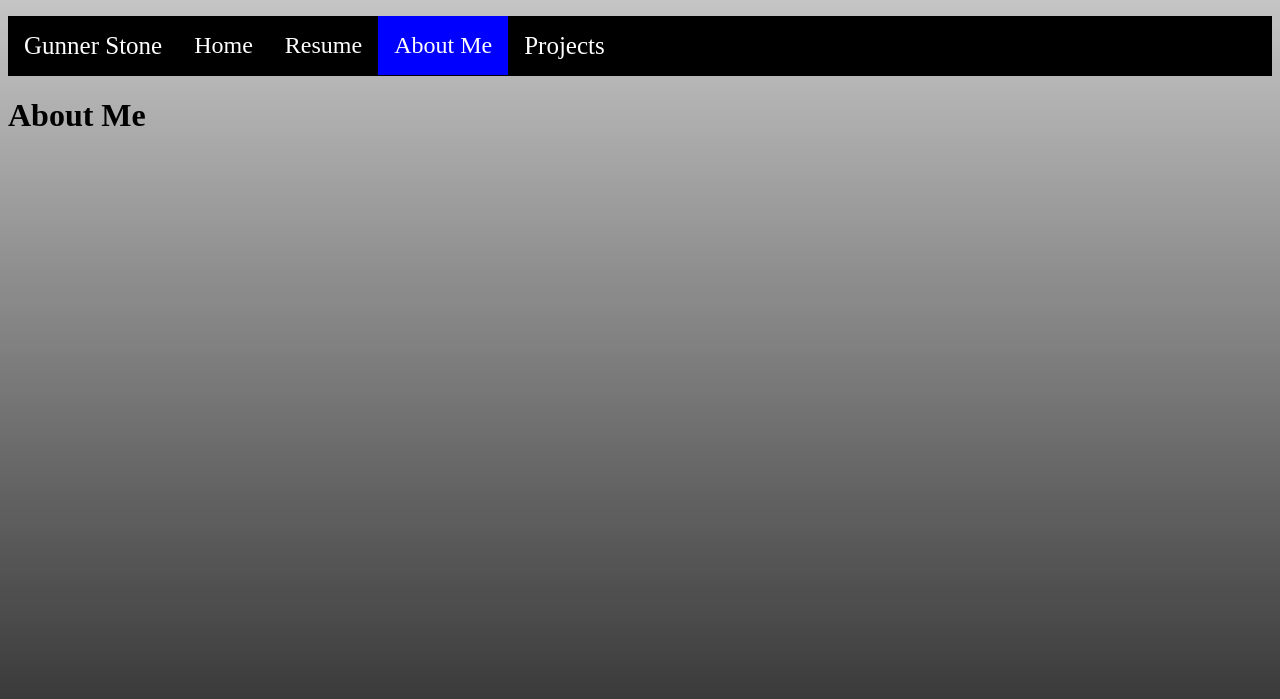
Repository: GunnarStone/GunnarStone.github.io
Page: aboutme.html
The author's editor kept a record of every edit. The page is drawn from the files as they stood at one moment, then again after the next edit.
The browser window is 1280 px wide. The pictures show the whole page.

Above is the page before.

After the next edit:
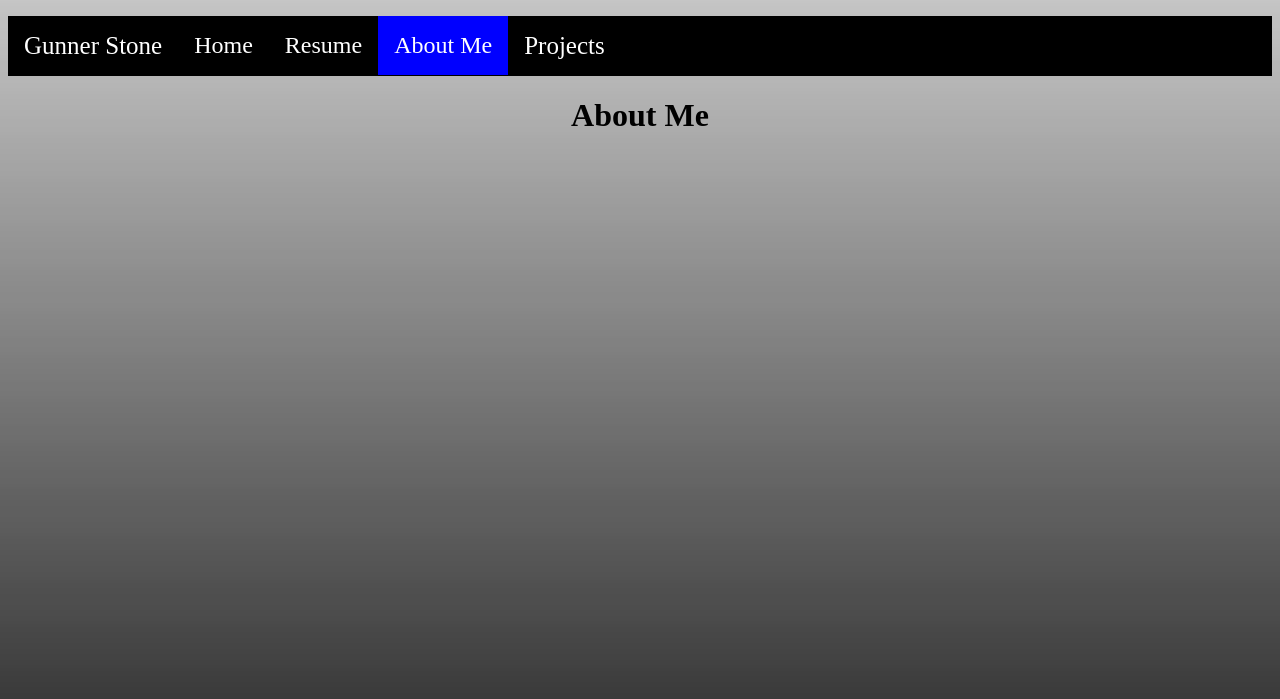
The edit:
--- a/aboutme.html
+++ b/aboutme.html
@@ -19,7 +19,7 @@
             </ul>
         </li>
     </ul>
-    <h1>About Me</h1>
+    <h1 class="centerh1tag">About Me</h1>
 
 <script>
 
